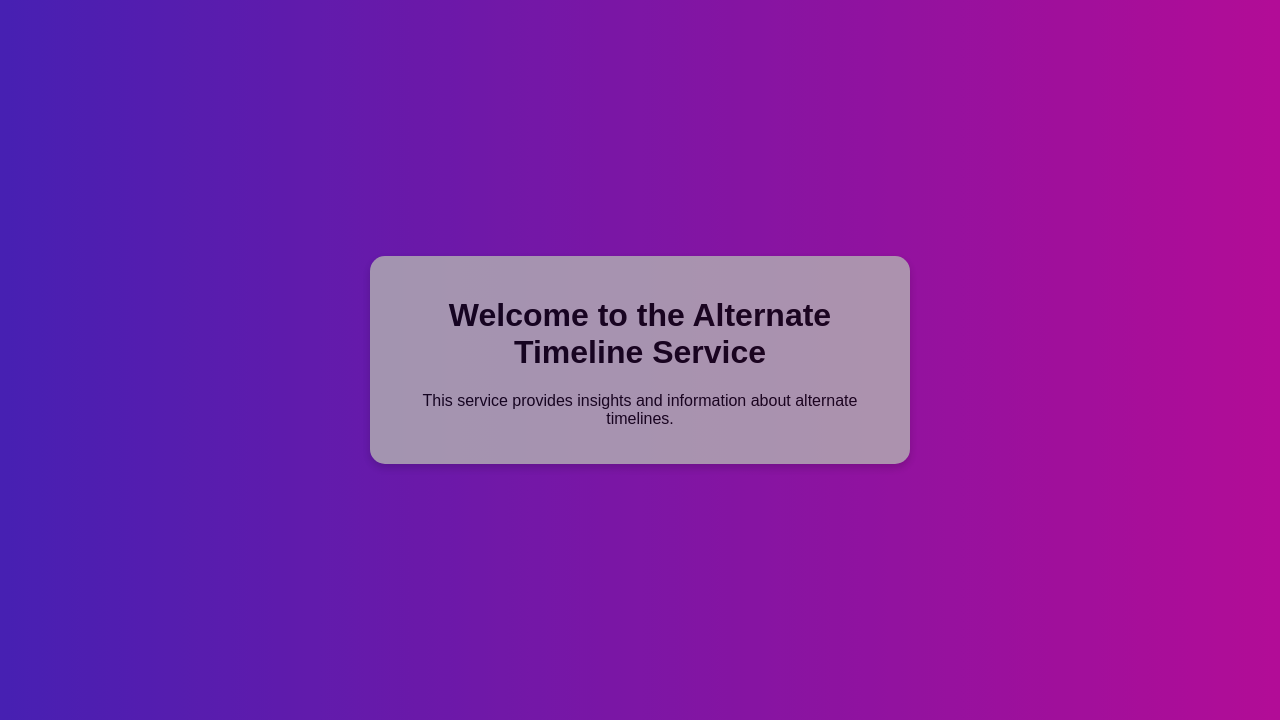
Repository: JovKun/DecisionCraft
Page: service/index.html
An editor plug-in stored every save of this project. The page is shown before and after the next save, followed by the edit.
The browser window is 1280 px wide. The pictures show the whole page.

Above is the page before, as saved 2026-01-31 12:42:22.
Not found: service/script.js

After the next save:
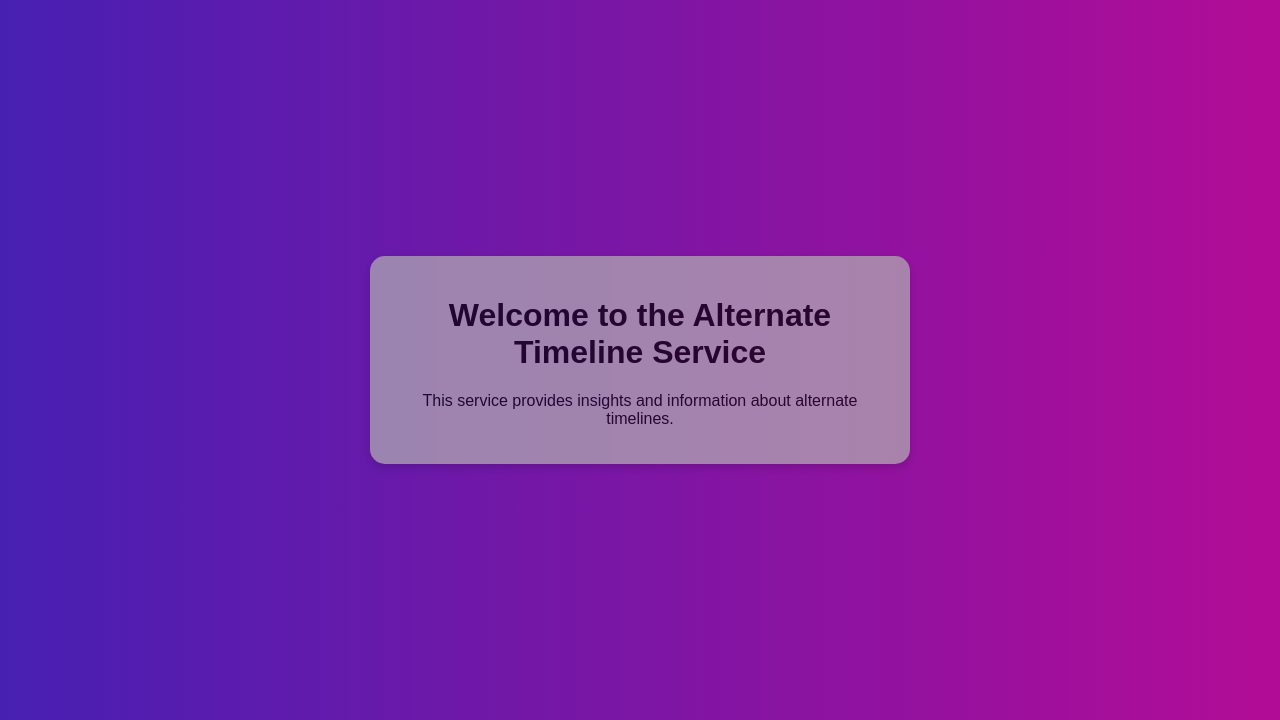
Saved 83 s later.
--- a/service/style.css
+++ b/service/style.css
@@ -22,5 +22,5 @@
     padding: 20px;
     text-align: center;
     width: 500px;
-    opacity: 0.8;
+    opacity: 0.7;
 }
